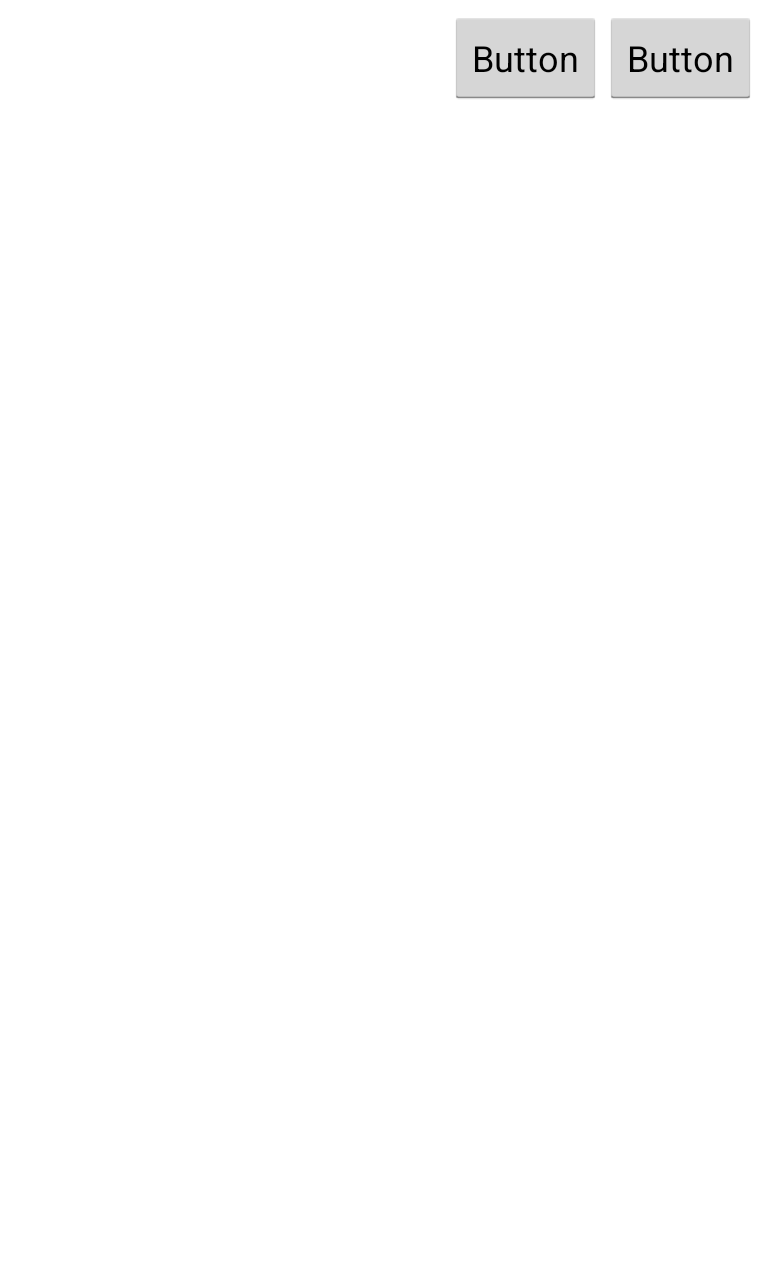
Repository: almeiduh/AndroidApps
Layout: StockQuote/res/layout/stock_quote_row.xml
These files come from the project's save history. The layout is drawn as it stood at one moment and after the next save; the edit follows.
It is drawn on a 768 x 1280 px phone screen (xhdpi) without system bars, with theme AppTheme; the app's code is not run.

Above is the layout before, as saved 2014-02-05 00:28:13.

### StockQuote/res/layout/stock_quote_row.xml
<?xml version="1.0" encoding="utf-8"?>
<TableRow xmlns:android="http://schemas.android.com/apk/res/android"
    android:layout_width="match_parent"
    android:layout_height="wrap_content"
    android:background="@android:color/transparent"
    android:padding="@dimen/activity_horizontal_margin">

    <TextView
        android:id="@+id/stockSymbolTextView"
        android:layout_width="wrap_content"
        android:layout_height="wrap_content"
        android:layout_span="2"
        android:layout_weight="1"
        android:textColor="@color/black"
        android:textIsSelectable="true"/>

    <Button
        android:id="@+id/button1"
        android:layout_width="wrap_content"
        android:layout_height="wrap_content"
        android:text="Button" />

    <Button
        android:id="@+id/button2"
        android:layout_width="wrap_content"
        android:layout_height="wrap_content"
        android:text="Button" />

</TableRow>

### StockQuote/res/values/dimens.xml
<resources>

    <!-- Default screen margins, per the Android Design guidelines. -->
    <dimen name="activity_horizontal_margin">5dp</dimen>
    <dimen name="activity_vertical_margin">5dp</dimen>
    <dimen name="stock_list_text_size">16sp</dimen>

</resources>

### StockQuote/res/values/colors.xml
<?xml version="1.0" encoding="utf-8"?>
<resources>
    <color name="aero_blue">#C9FFE5</color>
    <color name="eggshell">#F0EAD6</color>
    <color name="black">#000000</color>
    <color name="mint">#3EB489</color>
</resources>

Loaded but not shown: StockQuote/res/values/styles.xml (common file); StockQuote/res/values-v11/styles.xml (common file); StockQuote/res/values-v14/styles.xml (common file)

After the next save:
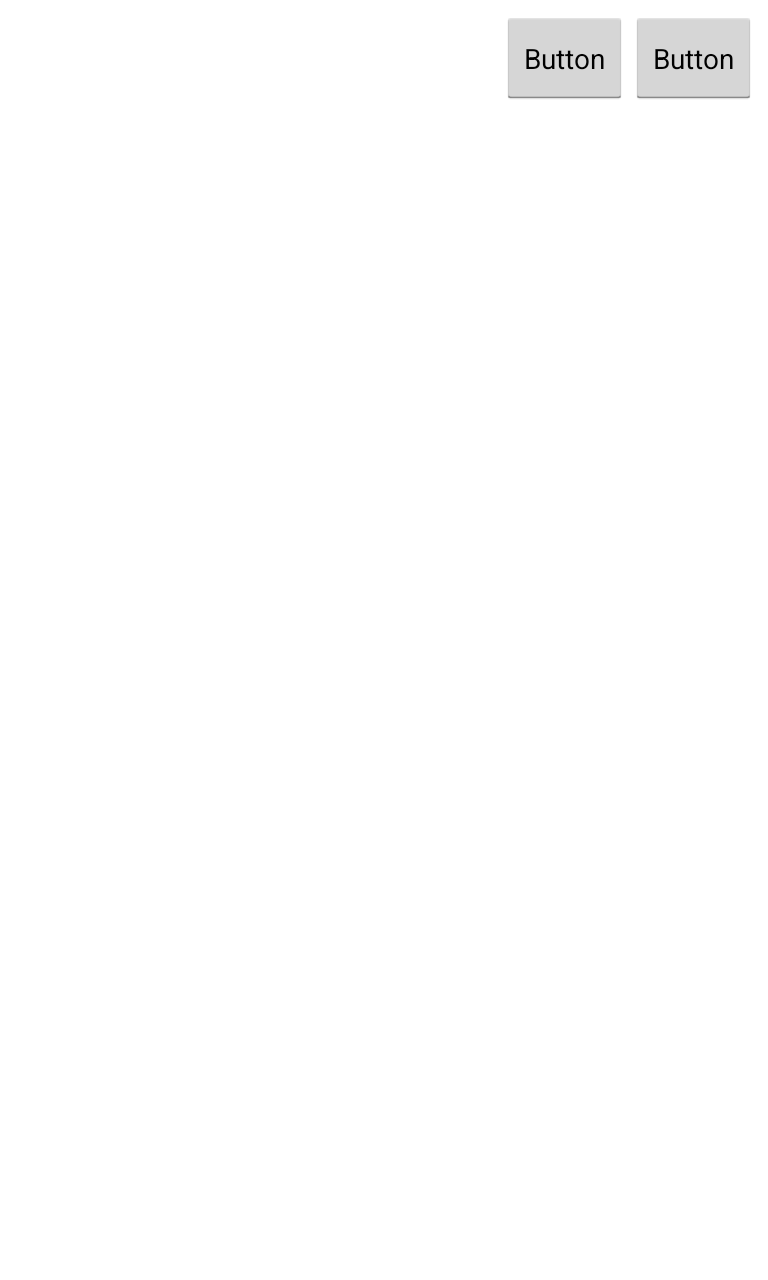
Saved 2 min 22 s later.
--- a/StockQuote/res/layout/stock_quote_row.xml
+++ b/StockQuote/res/layout/stock_quote_row.xml
@@ -15,14 +15,17 @@
         android:textIsSelectable="true"/>
 
     <Button
-        android:id="@+id/button1"
+        android:id="@+id/stockQuoteButton"
+		style="?android:attr/buttonStyleSmall"
         android:layout_width="wrap_content"
         android:layout_height="wrap_content"
         android:text="Button" />
 
     <Button
-        android:id="@+id/button2"
+        android:id="@+id/quoteFromWebButton"
         android:layout_width="wrap_content"
+        		style="?android:attr/buttonStyleSmall"
+
         android:layout_height="wrap_content"
         android:text="Button" />
 
